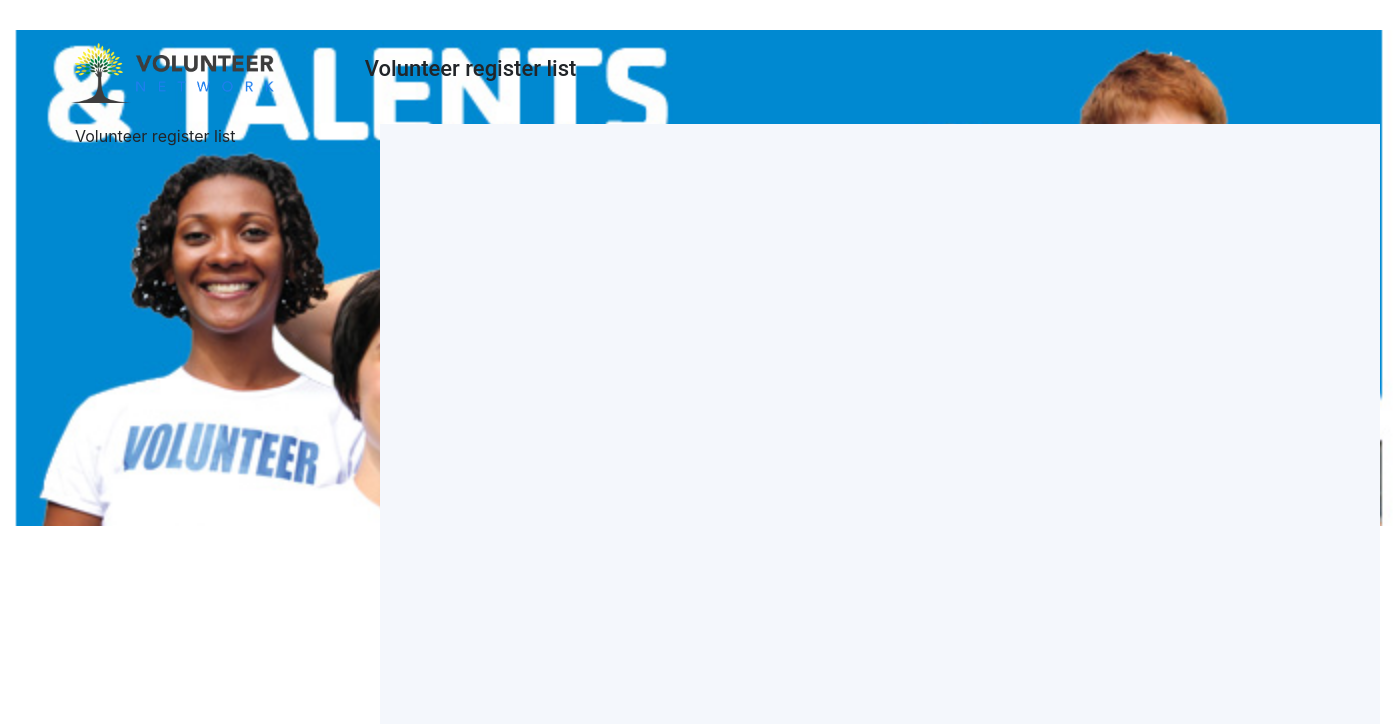
Repository: MdTahsinAmin/volunteer-network-client
Page: /adminPanel
These files come from the project's save history. The page is drawn as it stood at one moment and after the next save; the edit follows.
The browser window is 1280 px wide. The page is 1400 px wide, so the pictures cover 1400 px, including what lies to the right of the window. The pictures show the whole page.
The project was rebuilt for these pictures with package versions that can differ from the ones it lists, and the page was loaded fresh each time.

Above is the page before, as saved 2020-10-04 23:26:02.

### public/index.html
<!DOCTYPE html>
<html lang="en">
  <head>
    <meta charset="utf-8" />
    <link rel="icon" href="%PUBLIC_URL%/favicon.ico" />
    <meta name="viewport" content="width=device-width, initial-scale=1" />
    <meta name="theme-color" content="#000000" />
    <meta
      name="description"
      content="Web site created using create-react-app"
    />
    <link rel="apple-touch-icon" href="%PUBLIC_URL%/logo192.png" />
    <!--
      manifest.json provides metadata used when your web app is installed on a
      user's mobile device or desktop. See https://developers.google.com/web/fundamentals/web-app-manifest/
    -->
    <link rel="manifest" href="%PUBLIC_URL%/manifest.json" />
    <!--
      Notice the use of %PUBLIC_URL% in the tags above.
      It will be replaced with the URL of the `public` folder during the build.
      Only files inside the `public` folder can be referenced from the HTML.

      Unlike "/favicon.ico" or "favicon.ico", "%PUBLIC_URL%/favicon.ico" will
      work correctly both with client-side routing and a non-root public URL.
      Learn how to configure a non-root public URL by running `npm run build`.
    -->
    <title>Volunteer Network</title>
  </head>
  <body>
    <noscript>You need to enable JavaScript to run this app.</noscript>
    <div id="root"></div>
    <!--
      This HTML file is a template.
      If you open it directly in the browser, you will see an empty page.

      You can add webfonts, meta tags, or analytics to this file.
      The build step will place the bundled scripts into the <body> tag.

      To begin the development, run `npm start` or `yarn start`.
      To create a production bundle, use `npm run build` or `yarn build`.
    -->
  </body>
</html>

### src/App.js
import React from 'react';
import './App.css';
import Header from './components/Header/Header';
import {
  BrowserRouter as Router,
  Switch,
  Route,
  Link
} from "react-router-dom";
import AdminPanel from './components/AdminPanel/AdminPanel';
function App() {
  return (
    <div className="App">
     <Router>
      <Switch>
        <Route path ='/home'>
         <Header navbar={true}></Header>
        </Route>
        <Route path="/adminPanel">
           <div>
           <Header navbar={false}></Header>
           <AdminPanel/>
           </div>
        </Route>
        <Route exact path="/">
           <Header navbar={true}></Header>
        </Route>
      </Switch>
     </Router>
    </div>
  );
}

export default App;

### src/App.css
.App {
    background-image:url('./logos/Volunteer_Image.jpg');
    background-repeat: no-repeat;
    background-size: cover;
    background-position: center;
    width: 1400px;
    height: 496px;
    left: 1px;
    top: -1px;
}

.App-logo {
  height: 40vmin;
  pointer-events: none;
}

@media (prefers-reduced-motion: no-preference) {
  .App-logo {
    animation: App-logo-spin infinite 20s linear;
  }
}

.App-header {
  background-color: #282c34;
  min-height: 100vh;
  display: flex;
  flex-direction: column;
  align-items: center;
  justify-content: center;
  font-size: calc(10px + 2vmin);
  color: white;
}

.App-link {
  color: #61dafb;
}

@keyframes App-logo-spin {
  from {
    transform: rotate(0deg);
  }
  to {
    transform: rotate(360deg);
  }
}

### src/components/Header/Header.js
import React from 'react';
import { Link, useHistory } from 'react-router-dom';
import './Header.css'
import volunteerLogo from '../../logos/volunteer.png';
import { styled } from '@material-ui/core/styles';
import Button from '@material-ui/core/Button';

// Material Button

const MyButton = styled(Button)({
    background: 'linear-gradient(45deg, #3F90FC 30%, #3F90FC 90%)',
    border: 0,
    borderRadius: '6px',
    color: 'white',
    height: 48,
    padding: '14px 43px',
    marginRight:'15px',
    marginLeft:'9px',
    cursor:'pointer'
  });

  const AdminBtn = styled(Button)({
    background: 'linear-gradient(45deg, #434141 30%, #434141 90%)',
    border: 0,
    borderRadius: '6px',
    color: 'white',
    height: 48,
    padding: '14px 43px',
    marginRight:'15px',
    cursor:'pointer'
  })

const Header = (props) => {

    const history = useHistory();

    const handleAdminPanel = () =>{
         history.push('/adminPanel');
    }


    return (
      <div className="header">
          <div className={props.navbar ? "container" : 'adminPanel'}>
          <nav className="navbar navbar-expand-lg navbar-light">
            <Link to='/home' className="navbar-brand"><img className={props.navbar ?'volunteerLogo':'Logo'} src={volunteerLogo} alt=""/></Link>
            <button className="navbar-toggler" type="button" data-toggle="collapse" data-target="#navbarSupportedContent" aria-controls="navbarSupportedContent" aria-expanded="false" aria-label="Toggle navigation">
                <span className="navbar-toggler-icon"></span>
            </button>
            {
                !props.navbar && <h5 className="volunteer-list">Volunteer register list</h5>
            }
            {
                props.navbar &&  <div className="collapse navbar-collapse" id="navbarSupportedContent">
                <ul className="navbar-nav ml-auto">
                <li className="nav-item">
                    <Link className="nav-link item-nav">Home</Link>
                </li>
                <li className="nav-item">
                    <Link className="nav-link item-nav">Donation</Link>
                </li>
                <li className="nav-item">
                    <Link className="nav-link item-nav">Events</Link>
                </li>
                <li className="nav-item">
                    <Link className="nav-link item-nav">Blog</Link>
                </li>
                <li className="nav-item">
                    <MyButton>Register</MyButton>
                </li>
                <li className="nav-item">
                   <AdminBtn
                     onClick={handleAdminPanel}
                   >Admin
                   </AdminBtn>
                </li>
                </ul>
            </div>
            }
            </nav>
      </div>
   </div>
    );
};

export default Header;

### src/components/AdminPanel/AdminPanel.js
import React from 'react';
import './AdminPanel.css';
import GroupIcon from '@material-ui/icons/Group';
const AdminPanel = () => {
    return (
        <div className="adminPanel-section">
            <div className="section-panel">
                <p>Volunteer register list</p>
            </div>
            <div className='Volunteer-list'>

            </div>
        </div>
    );
};

export default AdminPanel;

### src/components/Header/Header.css
.volunteerLogo{
    width: 202.81px;
    height: 60px;
    left: 88px;
    top: 44px;
}
.header{
    margin-top: 30px;
}
.nav-link{
    font-family: Montserrat;
    font-style: normal;
    font-weight: 500;
    font-size: 20px;
    text-align: center;
    color: #0B0B0B;
}

### src/components/AdminPanel/AdminPanel.css
.adminPanel{
    margin-right:20px;
}
.Logo{
    width: 202.81px;
    height: 60px;
    left: 88px;
    top: 44px;
    margin-left:55px;
}
.volunteer-list{
    margin-left:75px;
    font-family: Roboto;
    font-style: normal;
    font-weight: 500;
    font-size: 22px;
}
.adminPanel-section{
    display:flex;
}
.section-panel{
    margin-top:8px;
    margin-left:75px;
}
.Volunteer-list{
    width:75%;
    margin-top:8px;
    margin-left:145px;
    width: 1000px;
    height: 600px;
    background: #F4F7FC;
}

Loaded but not shown: src/index.js (common file); src/index.css (common file); src/serviceWorker.js (common file)

After the next save:
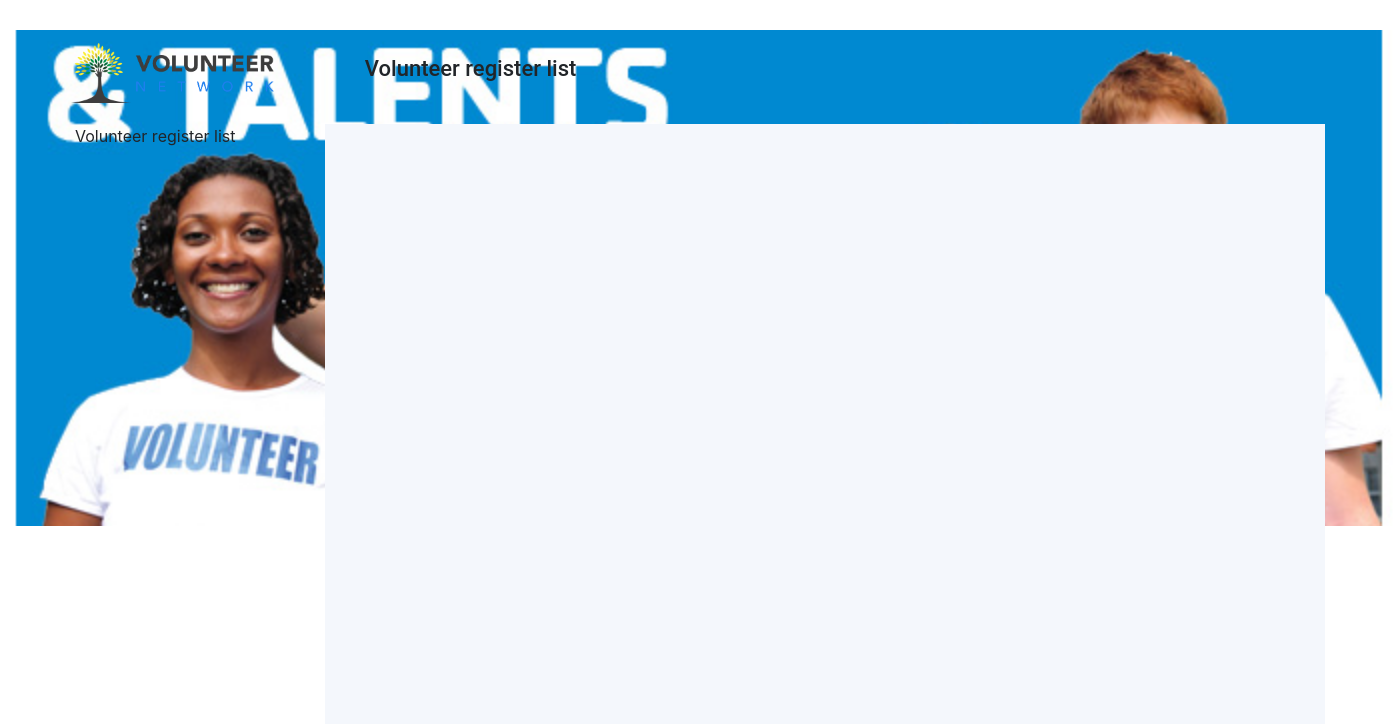
Saved 10 s later.
--- a/src/components/AdminPanel/AdminPanel.css
+++ b/src/components/AdminPanel/AdminPanel.css
@@ -25,7 +25,7 @@
 .Volunteer-list{
     width:75%;
     margin-top:8px;
-    margin-left:145px;
+    margin-left:90px;
     width: 1000px;
     height: 600px;
     background: #F4F7FC;
